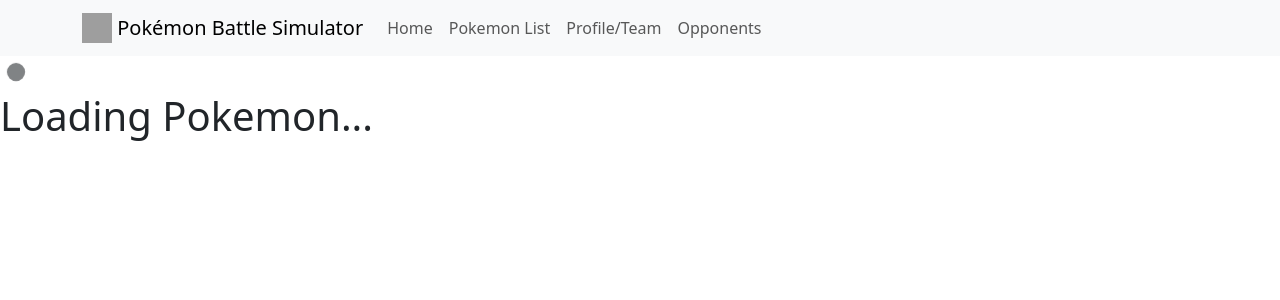
Repository: chsbca/Pokemon-Battle-Simulator
Page: /pokemon_list (app in front-end/)
These files come from the project's save history. The page is drawn as it stood at one moment and after the next save; the edit follows.
The browser window is 1280 px wide. The pictures show the whole page.
Pictures or frames that could not be fetched are drawn as grey boxes. The page's requests for data from a server got no answer. The project was rebuilt for these pictures with package versions that can differ from the ones it lists, and the page was loaded fresh each time. No one was signed in, and anything a server would have sent is missing. Also part of the build but not shown: front-end/vite.config.js, front-end/src/pages/Error404Page.jsx, front-end/src/pages/HomePage.jsx, front-end/src/pages/ProfilePage.jsx, front-end/src/pages/OpponentsPage.jsx.

Above is the page before, as saved 2024-04-10 08:29:49.

After the next save:
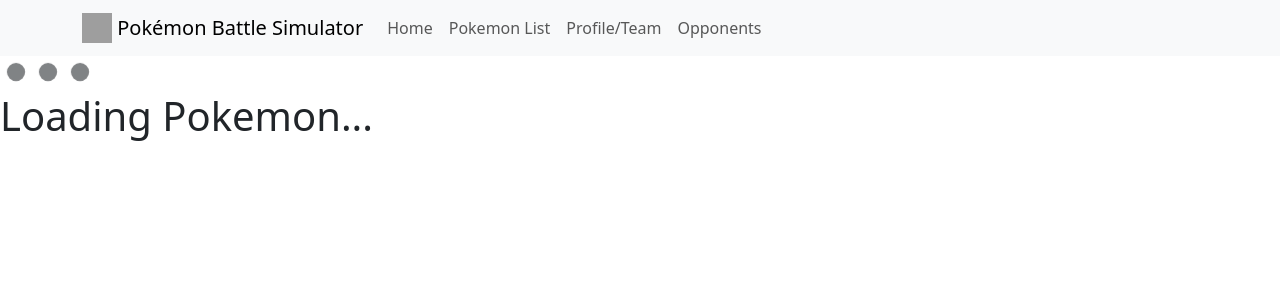
Saved 16 s later.
--- a/front-end/src/pages/PokemonListPage.jsx
+++ b/front-end/src/pages/PokemonListPage.jsx
@@ -21,6 +21,8 @@
         return (
             <>
                 <Spinner animation="grow" role="status"/>
+                <Spinner animation="grow" role="status"/>
+                <Spinner animation="grow" role="status"/>
                 <div>
                     <h1>Loading Pokemon...</h1>
                 </div>
